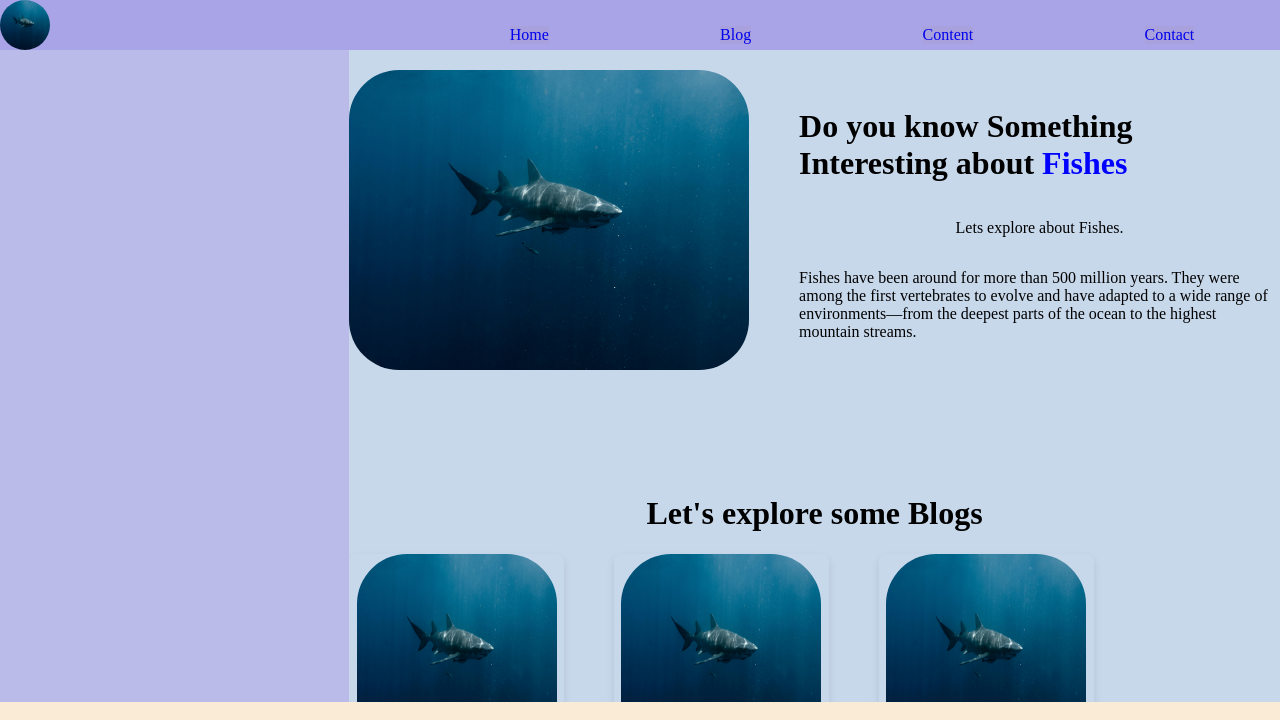
Repository: purnimapatel/fish-world
Page: index.html
These files come from the project's save history. The page is drawn as it stood at one moment and after the next save; the edit follows.
The browser window is 1280 px wide. The pictures show the whole page.
An inner scrolling area shows only its first screen.

Above is the page before, as saved 2024-08-25 16:44:08.

### index.html
<!DOCTYPE html>
<html lang="en">
<head>
    <meta charset="UTF-8">
    <meta name="viewport" content="width=device-width, initial-scale=1.0">
    <title>Document</title>
    <link  rel = "stylesheet" type = "text/css" href = "style.css"/>

    <!-- <link rel="stylesheet" type="text/css" href="styles.css"> -->

</head>
<body>
    <div class=" container">
        <div class = "navbar">
            <div id="logo">
                <a href="https://en.wikipedia.org/wiki/Fish" target=" _blank"><img  id = "img"src = "\img\image1.jpg"></a>
            </div>
            <div id = "list-content">
                <ul id="list">
                    <a href="#home"><li>Home</li></a>
                    <a href ="#blog"><li>Blog</li></a>
                    <a href="#content"><li>Content</li></a>
                    <a href="#contact"><li>Contact</li></a>
                </ul>
            </div>

        </div>
        <div class="lower">
        <div class ="leftPanel">
        </div>
        <div class = "mainBody">
            <div  class ="section" id="home">
                <div id = "header">
                </div>
               <div id = "home-content">

                <div id = "image">
                    <img  id = "mainImg"src ="img/image1.jpg">
                   </div>
                   <div id = "about">
                    <h1>Do you know Something Interesting about<span> Fishes</span></h1>
                    <p>Lets explore about Fishes.</p>
                    <p> Fishes have been around for more than 500 million years. They were among the first vertebrates to evolve and have adapted to a wide range of environments—from the deepest parts of the ocean to the highest mountain streams.</p>
                   </div>
               </div>



            </div>
            <div class ="section" id ="blog">
                <div id = "header">
                    <h1> Let's explore some Blogs</h1>
                </div>
                <div id="blog-images">


                            <a id = "list1" href="https://www.kidzone.ws/animals/fish1.htm"><img id ="img1" src="img/image1.jpg"><div>Kidzone Animal Facts</div></a>
                            <a id = "list1" href="https://www.kidzone.ws/animals/fish1.htm"><img id ="img1" src="img/image1.jpg"><div>Kidzone Animal Facts</div></a>
                            <a id = "list1" href="https://www.kidzone.ws/animals/fish1.htm"><img id ="img1" src="img/image1.jpg"><div>Kidzone Animal Facts</div></a>
                            <a id = "list1" href="https://www.kidzone.ws/animals/fish1.htm"><img id ="img1" src="img/image1.jpg"><div>Kidzone Animal Facts</div></a>
                            <a id = "list1" href="https://www.kidzone.ws/animals/fish1.htm"><img id ="img1" src="img/image1.jpg"><div>Kidzone Animal Facts</div></a>
                            <a id = "list1" href="https://www.kidzone.ws/animals/fish1.htm"><img id ="img1" src="img/image1.jpg"><div>Kidzone Animal Facts</div></a>

                    </ul>
                </div>

                </div>
                <div class ="section" id="content">
                    <div id = "header">
                        <h1> Detail about Fishes</h1>
                    </div>
                    <div id ="real-content">
                        <p>
                            A fish is an aquatic, <span>anamniotic</span>, gill-bearing <span>vertebrate</span> animal with swimming fins and a hard skull, but lacking limbs with digits. Fish can be grouped into the more basal jawless fish and the more common jawed fish, the latter including all living <span>cartilaginous</span> and bony fish, as well as the extinct <span>placoderms</span>placoderms and <span>acanthodians</span>. Most fish are cold-blooded, their body temperature varying with the surrounding water, though some large active swimmers like white shark and tuna can hold a higher core temperature. Many fish can communicate acoustically with each other, such as during courtship displays.
                        </p>

              <p>
                The earliest fish appeared during the <span>Cambrian</span> as small filter feeders; they continued to evolve through the <span>Paleozoic</span>, diversifying into many forms. The earliest fish with dedicated respiratory gills and paired fins, the <span>ostracoderms</span>, had heavy bony plates that served as protective exoskeletons against invertebrate predators. The first fish with jaws, the placoderms, appeared in the Silurian and greatly diversified during the Devonian, the "Age of Fishes".
              </p>


<p>
    Bony fish, distinguished by the presence of swim bladders and later ossified endoskeletons, emerged as the dominant group of fish after the <span>end-Devonian</span>extinction wiped out the apex placoderms. Bony fish are further divided into the lobe-finned and ray-finned fish. About 96% of all living fish species today are teleosts, a crown group of ray-finned fish that can protrude their jaws. The tetrapods, a mostly terrestrial clade of vertebrates that have dominated the top trophic levels in both aquatic and terrestrial ecosystems since the Late Paleozoic, evolved from lobe-finned fish during the Carboniferous, developing air-breathing lungs homologous to swim bladders. Despite the cladistic lineage, tetrapods are usually not considered to be fish, making "fish" a <span>paraphyletic</span> group.
</p>

<p>
    Fish have been an important natural resource for humans since prehistoric times, especially as food. Commercial and subsistence fishers harvest fish in wild fisheries or farm them in ponds or in breeding cages in the ocean. Fish are caught for recreation, or raised by fishkeepers as ornaments for private and <span>public exhibition</span> in aquaria and garden ponds. Fish have had a role in human culture through the ages, serving as deities, religious symbols, and as the subjects of art, books and movies.
</p>


                    </div>

                </div>
                <div class ="section" id="contact">
                    <div id = "header">
                        <h1>Contact US</h1>
                    </div>
                    <div id = contact-form>
                    <form>
                        <div>
                            <Label>Name</Label>
                            <div >
                                <input class = "input" id = "name" type ="text" placeholder="Enter Your name here">
                            </div>

                        </div>
                        <div>
                            <Label>Email</Label>
                            <div >
                                <input class = "input" id = "email" type ="text" placeholder="Enter Your email here">
                                <p class = "hidden" id = "para">Please enter valid email</p>
                            </div>

                        </div>
                        <div>
                            <Label>Password</Label>
                            <div >
                                <input class = "input" id = "password" type ="password" placeholder="Enter Your password here">
                            </div>

                        </div>
                        <div>
                            <Label>Confirm Password</Label>
                            <div >
                                <input class = "input" id = "cpassword" type ="password" placeholder="Re-enter Your password here">
                            </div>

                        </div>
                        <div id = "btn">
                            <input id ="sub" type ="submit" value ="Submit"onclick="validateEmail(); emptyInput();">
                            </div>


                    </form>
                    </div>

                </div>




        </div>
    </div>
    </div>
    <script src = "index.js"></script>
</body>
</html>

### style.css
body{
   margin: 0;
   padding:0;
   display: flex;
   height:100vh;
   align-items: center;
   justify-content: center;
}
.container{
    height: 100vh;
    width:100vw;
    background-color:antiquewhite;

}
.navbar{
    width:100vw;
    height:50px;
    background-color:rgb(169, 164, 231);
    margin-bottom: 0;
    display: flex;
    justify-content: space-between;

}
.lower{
    display: flex;
}
.leftPanel{
    margin-top: 0px;
    width:30%;
    height:90.5vh;
    background-color:rgb(186, 187, 233);
}
.mainBody{
    background-color:rgb(200, 216, 235);
    height: 90.5vh;
    width:80%;
    overflow: scroll;

}
#img{
    height: 50px;
    width:50px;
    background-size: cover;
    border-radius: 50px;
    cursor:pointer;

}
#img1{
    height: 200px;
    width:200px;
    background-size: cover;
    border-radius: 50px;
    cursor:pointer;

}
#list{
    display: flex;
    padding-top: 10px;
    justify-content: space-around;
}

#list li{
    cursor: pointer;
    background-color:rgba(158, 139, 139, 0.119)
}

#list-content{
    width: 70%
}
a{
    text-decoration: none;
    text-align: center;
}
li{
    list-style-type: none;
}
/* li div{
    text-align: center;
} */
#header {
    display: flex;
    justify-content: center;
    align-items:center;
}
#contact-form{
    display: flex;
    justify-content: center;
    align-items:center;
}

#btn{
    display: flex;
    justify-content: center;
    align-items:center;

}

#para{
    color:red;
}
.hidden{
    display: none;
}
.input{
    padding:10px;
    margin:5px;
    border:none;
    border-radius: 20px;
}
#sub{
    padding:10px 20px;
    margin-top: 10px;

    background-color:antiquewhite;
    color:blueviolet;
    border:none;
    border-radius: 5px;
    cursor: pointer;
}
#home-content{
    display: flex;
    margin-top: 20px;
}
#about{
    display: flex;
    justify-content: center;
    align-items: center;
    flex-direction: column;
    margin-left: 50px;
}
#blog-images {
    display: grid;
    grid-template-columns: repeat(auto-fill, minmax(150px, 1fr));
    gap: 50px;
    width: 80%;
    max-width: 1200px;
    justify-content: space-between;
}
#blog-images a{
    width: 100%;
    height: auto;
    border-radius: 8px;
    box-shadow: 0 4px 8px rgba(0, 0, 0, 0.1);
    object-fit: cover;
}
span{
    color:blue;
}
#home-content{
    justify-content: space-between;
}
#mainImg{
    height: 300px;
    width:400px;
    background-size: cover;
    border-radius: 50px;
}

.section{
    margin-bottom: 100px;
}

### index.js
const email = document.getElementById("email");
const password = document.getElementById("password");
const cpassword = document.getElementById("cpassword");
const message = document.getElementById("para");
let nameVal= document.getElementById("name");
let emailVal = document.getElementById("email");
let passwordVal = document.getElementById("password");
let cpasswordVal = document.getElementById("cpassword");

function validateEmail(){
    const emailFormat=/^[a-zA-Z0-9._%+-]+@[a-zA-Z0-9.-]+\.[a-zA-Z]{2,}$/;
    const val = email.value;
    if(emailFormat.test(val)){
        message.classList.add("hidden");
    }
    else{
        message.classList.remove("hidden");
    }
}
function emptyInput(){
    nameVal.value = "";
    emailVal.value="";
    passwordVal.value="";
    cpasswordVal.value = "";

}

After the next save:
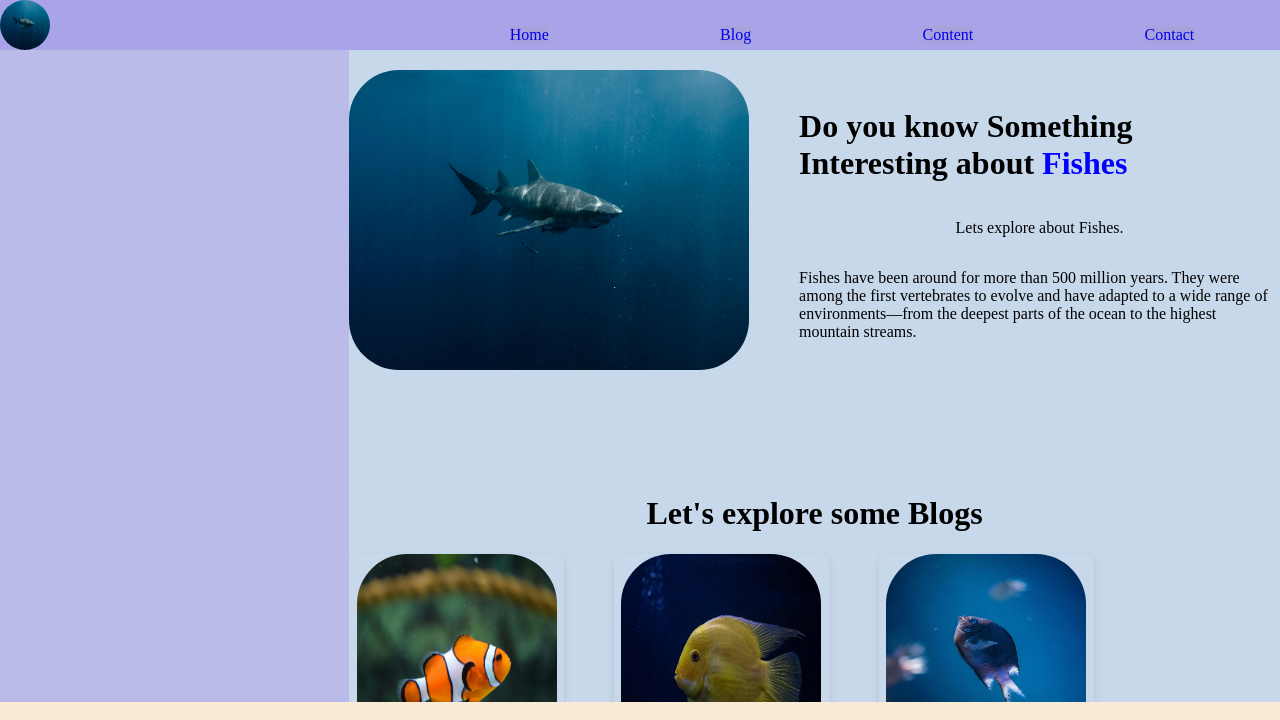
Saved 5 min 59 s later.
--- a/index.html
+++ b/index.html
@@ -54,12 +54,12 @@
                 <div id="blog-images">
 
 
-                            <a id = "list1" href="https://www.kidzone.ws/animals/fish1.htm"><img id ="img1" src="img/image1.jpg"><div>Kidzone Animal Facts</div></a>
-                            <a id = "list1" href="https://www.kidzone.ws/animals/fish1.htm"><img id ="img1" src="img/image1.jpg"><div>Kidzone Animal Facts</div></a>
-                            <a id = "list1" href="https://www.kidzone.ws/animals/fish1.htm"><img id ="img1" src="img/image1.jpg"><div>Kidzone Animal Facts</div></a>
-                            <a id = "list1" href="https://www.kidzone.ws/animals/fish1.htm"><img id ="img1" src="img/image1.jpg"><div>Kidzone Animal Facts</div></a>
-                            <a id = "list1" href="https://www.kidzone.ws/animals/fish1.htm"><img id ="img1" src="img/image1.jpg"><div>Kidzone Animal Facts</div></a>
-                            <a id = "list1" href="https://www.kidzone.ws/animals/fish1.htm"><img id ="img1" src="img/image1.jpg"><div>Kidzone Animal Facts</div></a>
+                            <a id = "list1" href="https://www.kidzone.ws/animals/fish1.htm"><img id ="img1" src="img/image3.jpg"><div>Kidzone Animal Facts</div></a>
+                            <a id = "list1" href="https://www.kidzone.ws/animals/fish1.htm"><img id ="img1" src="img/image4.jpg"><div>Kidzone Animal Facts</div></a>
+                            <a id = "list1" href="https://www.kidzone.ws/animals/fish1.htm"><img id ="img1" src="img/image5.jpg"><div>Kidzone Animal Facts</div></a>
+                            <a id = "list1" href="https://www.kidzone.ws/animals/fish1.htm"><img id ="img1" src="img/image6.jpg"><div>Kidzone Animal Facts</div></a>
+                            <a id = "list1" href="https://www.kidzone.ws/animals/fish1.htm"><img id ="img1" src="img/image7.jpg"><div>Kidzone Animal Facts</div></a>
+                            <a id = "list1" href="https://www.kidzone.ws/animals/fish1.htm"><img id ="img1" src="img/image8.jpg"><div>Kidzone Animal Facts</div></a>
 
                     </ul>
                 </div>
